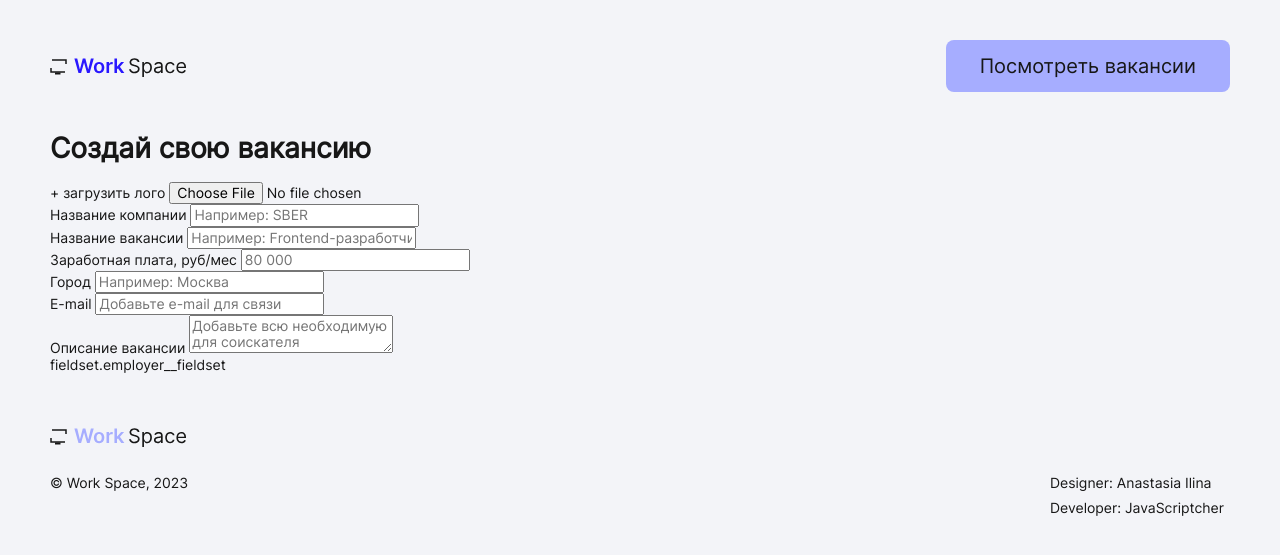
Repository: alexboagreek/workspace_js
Page: employer.html
The author's editor kept a copy of each file at every save. The page is drawn from the files as they stood at one save, then again after the next save.
The browser window is 1280 px wide. The pictures show the whole page.

Above is the page before, as saved 2023-09-12 12:10:06.
Console error: TypeError: Cannot read properties of null (reading 'addEventListener')

After the next save:
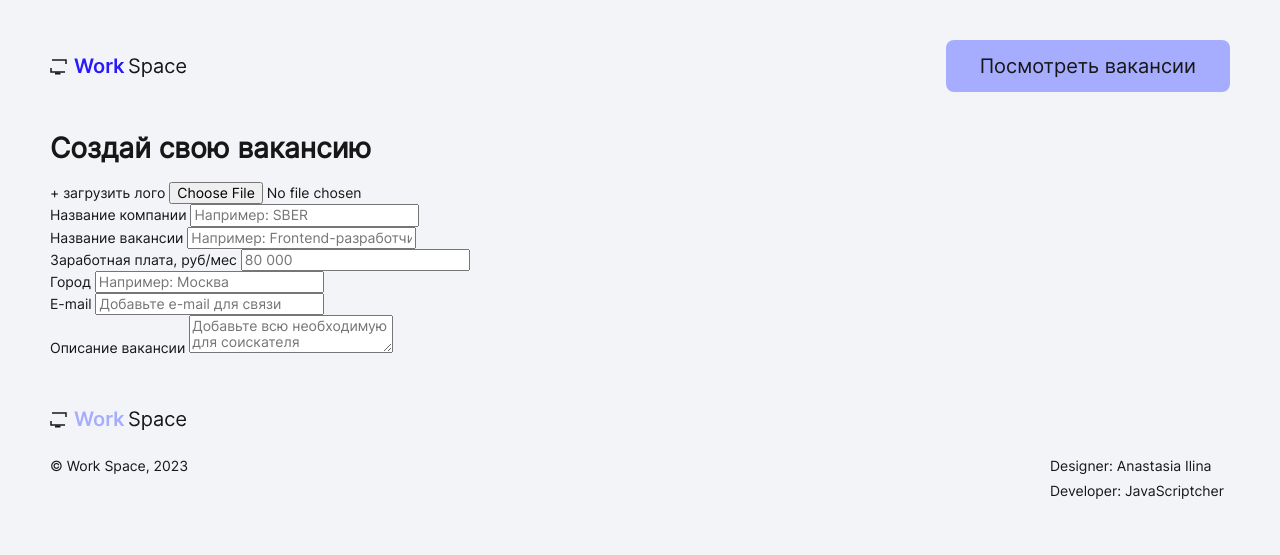
Saved 4 s later.
--- a/employer.html
+++ b/employer.html
@@ -134,7 +134,7 @@
 
 
             <div class="employer__radio-buttons">
-              fieldset.employer__fieldset
+              <fieldset class="employer__fieldset-radio"></fieldset>
             </div>
           </form>
         </div>
